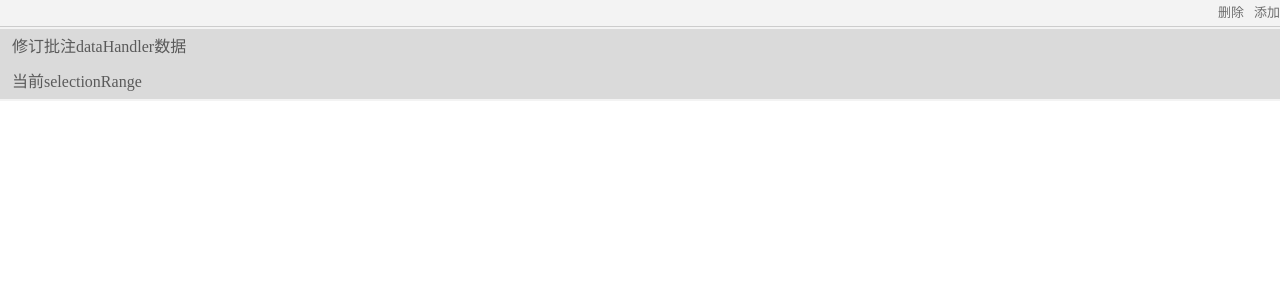
Repository: herorest/plugin
Page: panel/info.html
An editor plug-in stored every save of this project. The page is shown before and after the next save, followed by the edit.
The browser window is 1280 px wide. The pictures show the whole page.

Above is the page before, as saved 2019-06-11 11:55:14.
Console error: TypeError: Cannot read properties of null (reading 'addEventListener')

### panel/info.html
<!DOCTYPE html>
<html>

<head>
	<meta charset="utf-8" />
	<link rel="stylesheet" href="info.css">
</head>

<body>
	<div class="wrap">
		<div class="side">
			<div class="tool">
				<div class="add">添加</div>
				<div class="del">删除</div>
			</div>
			<div class="list">
				<ul>
					<li>
						<span id="12345678">修订批注dataHandler数据</span>
					</li>
					<li>
						<span id="12345679">当前selectionRange</span>
					</li>
				</ul>
			</div>
		</div>
		<div class="result">
			<div class="tree">
				<ul id="container">

				</ul>
			</div>
		</div>
	</div>


	<script src="info.js"></script>
</body>

</html>

### panel/info.css
*{
    padding:0;
    margin:0;
}

ul > li {
    list-style: none;
}

/* 可展开*/
.switch-open {
    margin-left: -12px;
    border: 6px solid transparent;
    display: inline-block;
    width: 0px;
    height: 0px;
    border-top-color: black;

}

/* 展开完毕*/
.switch-close {
    margin-left: -12px;
    border: 6px solid transparent;
    display: inline-block;
    width: 0px;
    height: 0px;
    border-left-color: black;
    margin-bottom: 2px;

}

/* 改变CheckBox样式*/
input[type='checkbox'] {
    width: 16px;
    height: 16px;
    -webkit-appearance: none;
    -moz-appearance: none;
    border: 1px solid #c9c9c9;
    border-radius: 3px;
    outline: none;
    color: white;
    text-align: center;
}

input[type='checkbox']:before {
    color: transparent;
}

input[type=checkbox]:checked {
    background-color: #30add6;
}

input[type=checkbox]:checked:before {
    color: white;
    font-weight: bold;
}

.space{
    height:16px;
    line-height:16px;
    display:block;
    padding:0 0 0 16px;
    margin:0 0 5px;
}

.space.full{
    padding:0;
}

.space .name{
    color: rgb(62, 13, 247);
}

.space .dot{
    padding:0 5px 0 2px;
}

/*布局*/
.wrap {
    display:flex;
}
.side {
    width:250px;
    flex:1;
    background:#f3f3f3;
}
.result{
    float:left;
}

.side .tool{
    height:26px;
    line-height:26px;
    overflow:hidden;
    border-bottom:1px #ccc solid;
}

.side .tool .add, .side .tool .del {
    font-size:13px;
    color:#6e6e6e;
    margin:0 0 0 10px;
    float:right;
}

.side .list{
    padding:2px 0;
}

.side .list li{
    height:35px;
    line-height:35px;
    padding:0 0 0 12px;
    color:#5a5a5a;
    background:#dadada;
}

.side .list li:hover, .side .list li.hot{
    color:#fff;
    background:#1a73e8;
}

.side .result{

}

### panel/info.js
function generate(json, parent) {
    for (var attr in json) {
        var ele = document.createElement('li');
        if (!json[attr] || JSON.stringify(json[attr]) === "{}" || Object.prototype.toString.call(json[attr]) !== '[object Object]' ) {
            ele.innerHTML = ' <div class="space">' + '<span class="name">' + attr + '</span>' + '<span class="dot">:</span>' + json[attr] + '</div>';
        } else {
            ele.innerHTML = '<div class="space full"><span class="switch-open" onclick="toggle(this)"></span><input type="checkbox" onclick="checkChange(this)"></input>' + attr + '</div>';
            var nextParent = document.createElement('ul');
            ele.appendChild(nextParent);
            generate(json[attr], nextParent);
        }
        parent.appendChild(ele);
    }
}

function toggle(span) {
    var ele = span.parentNode.nextElementSibling;
    if (ele.style.display == 'none') {
        ele.style.display = 'block';
        span.className = 'switch-open';

    } else {
        ele.style.display = 'none';
        span.className = 'switch-close';
    }
}

function checkChange(span) {
    var oul = span.parentNode.nextElementSibling;
    if (span.checked) {
        for (var i = 0; i < oul.querySelectorAll('input').length; i++) {
            oul.querySelectorAll('input')[i].checked = true;
        }
    } else {
        for (var i = 0; i < oul.querySelectorAll('input').length; i++) {
            oul.querySelectorAll('input')[i].checked = false;
        }
    }
}

document.getElementById('check_jquery').addEventListener('click', function () {
    chrome.devtools.inspectedWindow.eval("window.location", function (result) {
        generate(result, document.getElementById('container'));
    });
});

After the next save:
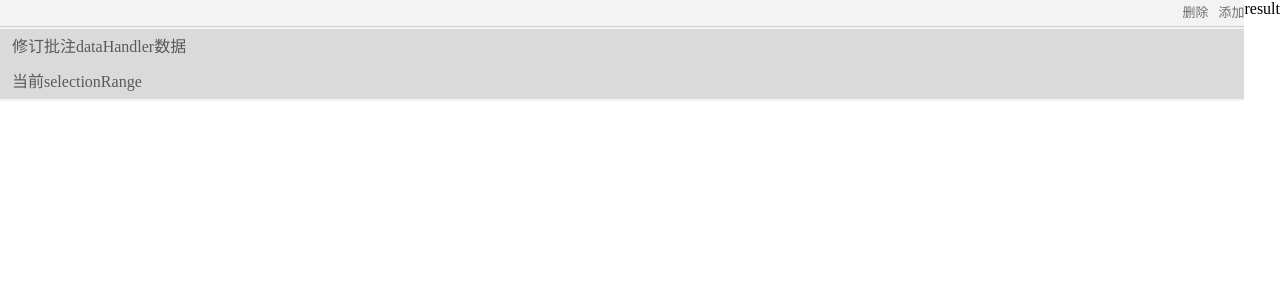
Saved 22 s later.
--- a/panel/info.html
+++ b/panel/info.html
@@ -25,6 +25,9 @@
 			</div>
 		</div>
 		<div class="result">
+			<div class="title">
+				result
+			</div>
 			<div class="tree">
 				<ul id="container">
 
